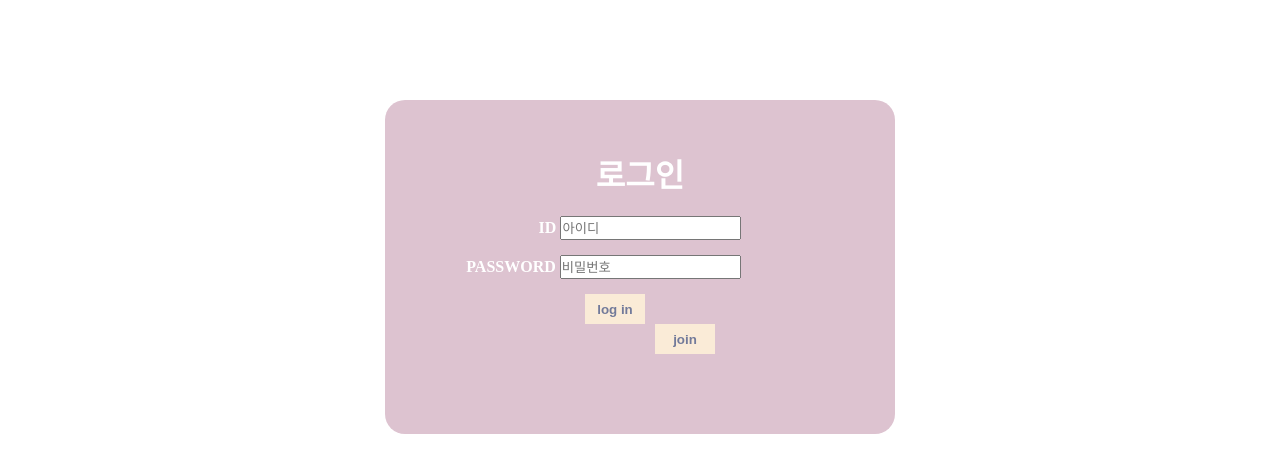
Repository: kayoyo/jsp
Page: http://localhost/BoardWeb_4/login
An editor plug-in stored every save of this project. The page is shown before and after the next save, followed by the edit.
The browser window is 1280 px wide. The pictures show the whole page.
The page is served by Tomcat 9.

Above is the page before, as saved 2020-08-28 06:43:17.

After the next save:
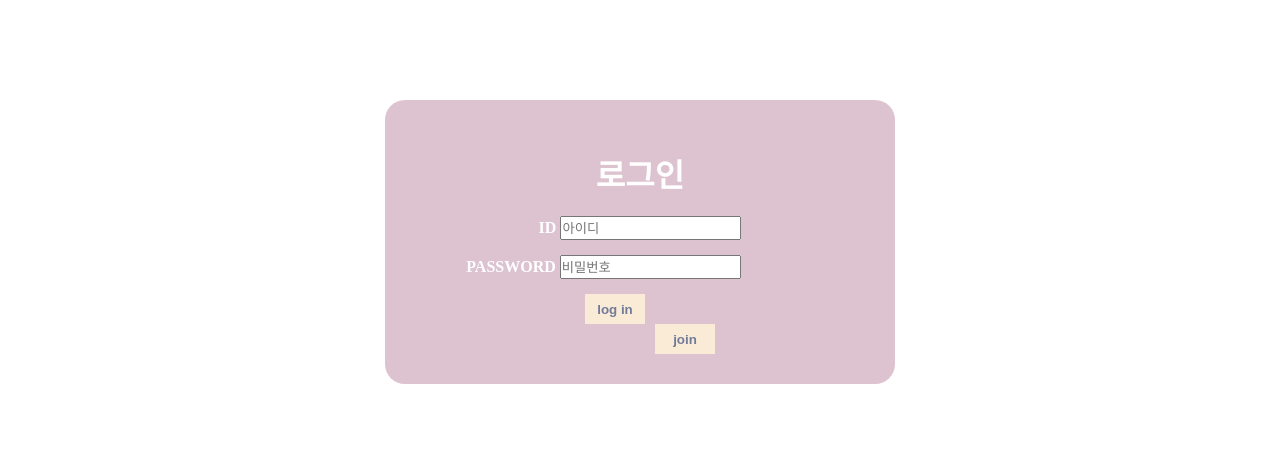
Saved 10 s later.
--- a/BoardWeb_4/WebContent/WEB-INF/jsp/user/login.jsp
+++ b/BoardWeb_4/WebContent/WEB-INF/jsp/user/login.jsp
@@ -17,7 +17,7 @@
  #loginBtn {width: 60px; height: 30px; margin-left: -50px;
  		color: #727A9A; background-color: #faebd7; font-weight:bold; border:none;}
  #joinBtn {width: 60px; height: 30px; margin-left: 90px;
- 		color: #727A9A; background-color: #faebd7; font-weight:bold; border:none; margin-bottom: 50px;}
+ 		color: #727A9A; background-color: #faebd7; font-weight:bold; border:none;}
 
 
 
